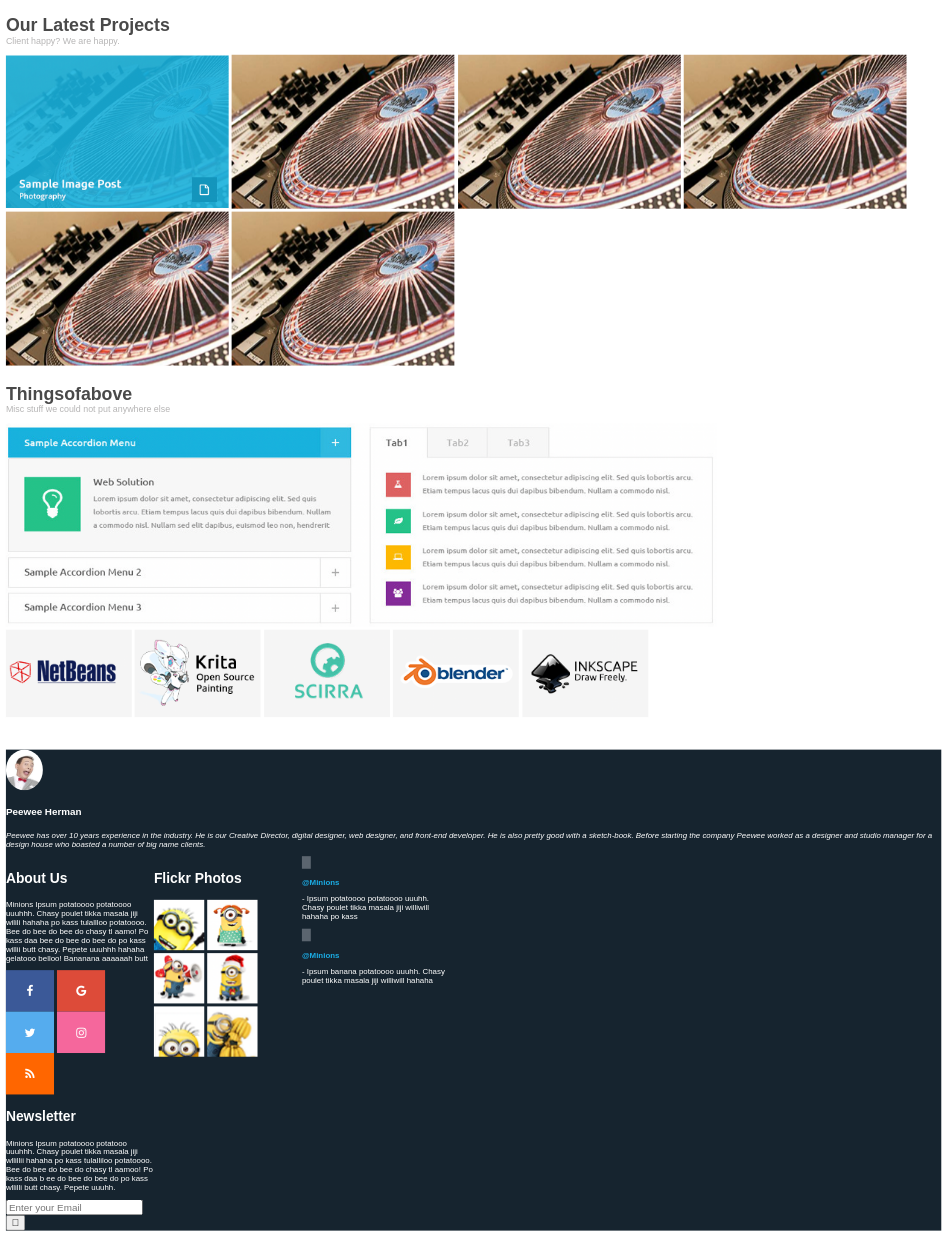
Repository: atran02/project1
Page: index.html
The author's editor kept a copy of each file at every save. The page is drawn from the files as they stood at one save, then again after the next save.
The browser window is 1280 px wide. The pictures show the whole page, at 74% of full size.

Above is the page before, as saved 2022-01-28 14:45:47.

After the next save:
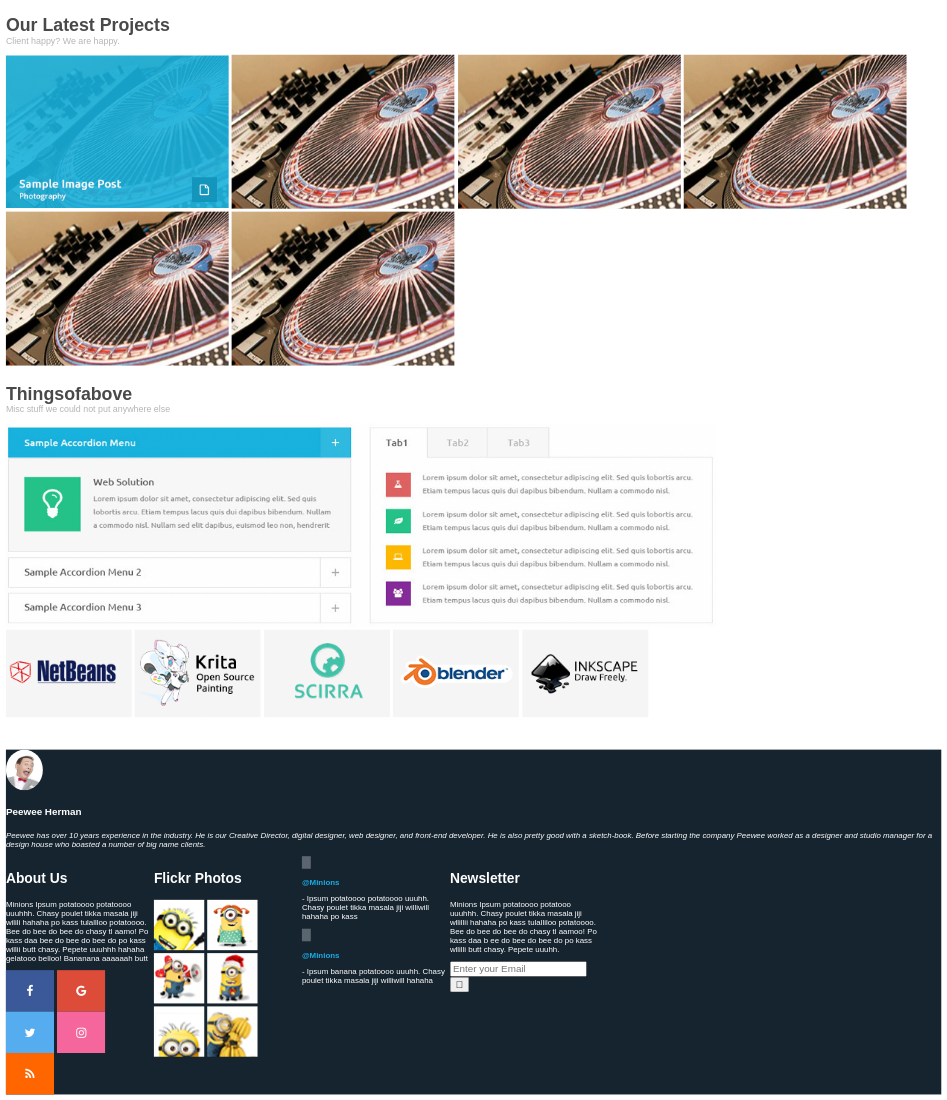
Saved 15 s later.
--- a/css/metrolics.css
+++ b/css/metrolics.css
@@ -27,7 +27,7 @@
 /* Footer */
 .grid-container {
     display: grid;
-    grid-template-columns: repeat(3, 200px);
+    grid-template-columns: repeat(4, 200px);
 }
 .footer {
     background-color: #16242f;
